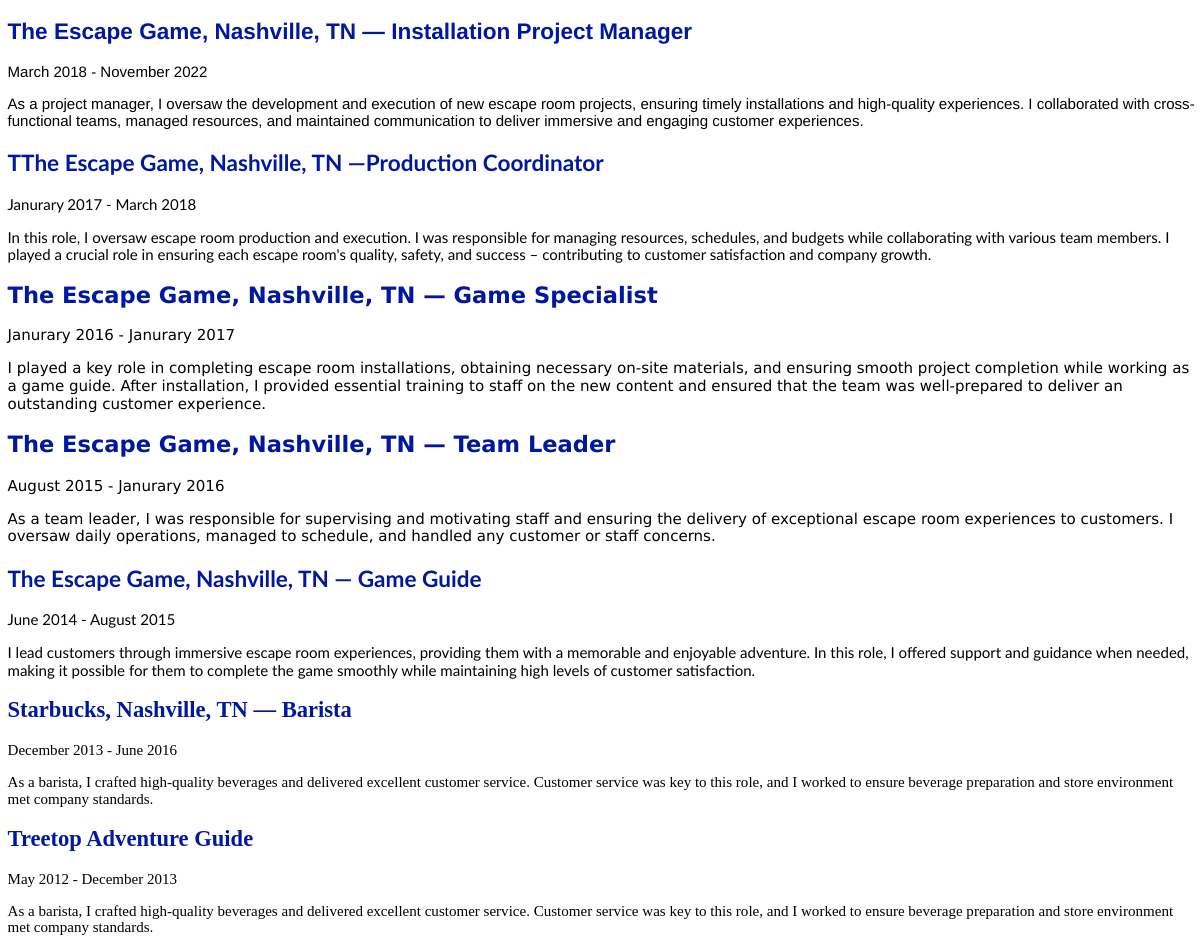
Repository: jgramirez0210/LAB-HTML-Resume
Page: index.html
The author's editor kept a copy of each file at every save. The page is drawn from the files as they stood at one save, then again after the next save.
The browser window is 1280 px wide. The pictures show the whole page, at 94% of full size.

Above is the page before, as saved 2023-10-10 15:14:45.

### index.html
<!DOCTYPE html>
<html lang="en">
<head>
  <meta charset="UTF-8">
  <meta name="viewport" content="width=device-width, initial-scale=1.0">
  <title>Jesse's Work Experience</title>
  <link rel="stylesheet" href="main.css">
</head>
<body>
  <article id="job7">
    <h2>The Escape Game, Nashville, TN — Installation Project Manager </h2>
    <time datetime="2018-03" >March 2018</time> - <time datetime="2022-10" >November 2022</time></time>
    <p>As a project manager, I oversaw the development and execution of new escape room projects, ensuring timely installations and high-quality experiences. I collaborated with cross-functional teams, managed resources, and maintained communication to deliver immersive and engaging customer experiences.</p>
  </article>
  <article id="job6">
    <h2>TThe Escape Game, Nashville, TN —Production Coordinator</h2>
    <time datetime="2017-01" >Janurary 2017</time> - <time datetime="2018-3" >March 2018</time></time>
    <p>In this role, I oversaw escape room production and execution. I was responsible for managing resources, schedules, and budgets while collaborating with various team members. I played a crucial role in ensuring each escape room's quality, safety, and success – contributing to customer satisfaction and company growth.
    </p>
  </article>
  <article id="job5">
    <h2>The Escape Game, Nashville, TN — Game Specialist</h2>
    <time datetime="2016-01" >Janurary 2016</time> - <time datetime="2017-01" >Janurary 2017</time></time>
    <p>I played a key role in completing escape room installations, obtaining necessary on-site materials, and ensuring smooth project completion while working as a game guide. After installation, I provided essential training to staff on the new content and ensured that the team was well-prepared to deliver an outstanding customer experience.
    </p>
  </article>
  <article id="job4">
    <h2>The Escape Game, Nashville, TN — Team Leader</h2>
    <time datetime="2015-0" >August 2015</time> - <time datetime="2016-01" >Janurary 2016</time></time>
    <p>As a team leader, I was responsible for supervising and motivating staff and ensuring the delivery of exceptional escape room experiences to customers. I oversaw daily operations, managed to schedule, and handled any customer or staff concerns.
    </p>
  </article>
  <article id="job3">
    <h2>The Escape Game, Nashville, TN — Game Guide</h2>
    <time datetime="2014-06" >June 2014</time> - <time datetime="2015-08" >August 2015</time></time>
    <p>I lead customers through immersive escape room experiences, providing them with a memorable and enjoyable adventure. In this role, I offered support and guidance when needed, making it possible for them to complete the game smoothly while maintaining high levels of customer satisfaction.
    </p>
  </article>
  <article id="job2">
    <h2>Starbucks, Nashville, TN — Barista</h2>
    <time datetime="2013-12" >December 2013</time> - <time datetime="2014-06" >June 2016</time></time>
    <p>As a barista, I crafted high-quality beverages and delivered excellent customer service. Customer service was key to this role, and I worked to ensure beverage preparation and store environment met company standards.
    </p>
  </article>
  <article id="job1">
    <h2>Treetop Adventure Guide</h2>
    <time datetime="2012-05" >May 2012</time> - <time datetime="2013-12" >December 2013</time></time>
    <p>As a barista, I crafted high-quality beverages and delivered excellent customer service. Customer service was key to this role, and I worked to ensure beverage preparation and store environment met company standards.
    </p>
  </article>
  <script src="main.js"></script>
</body>
</html>

### main.css
#job7 {
  font-family:'Franklin Gothic Medium', 'Arial Narrow', Arial, sans-serif;
}
#job6 {
  font-family:'Gill Sans', 'Gill Sans MT', Calibri, 'Trebuchet MS', sans-serif;
}
#job5 {
  font-family:'Lucida Sans', 'Lucida Sans Regular', 'Lucida Grande', 'Lucida Sans Unicode', Geneva, Verdana, sans-serif;
}
#job4 {
  font-family:Verdana, Geneva, Tahoma, sans-serif;
}
#job3 {
  font-family:'Trebuchet MS', 'Lucida Sans Unicode', 'Lucida Grande', 'Lucida Sans', Arial, sans-serif;
}
#job2 {
  font-family:'Times New Roman', Times, serif;
}
#job1 {
  font-family:
}
h2 {
  color: #0018a0;
}

Loaded but not shown: main.js (no stored copy; drawn as an empty file)

After the next save:
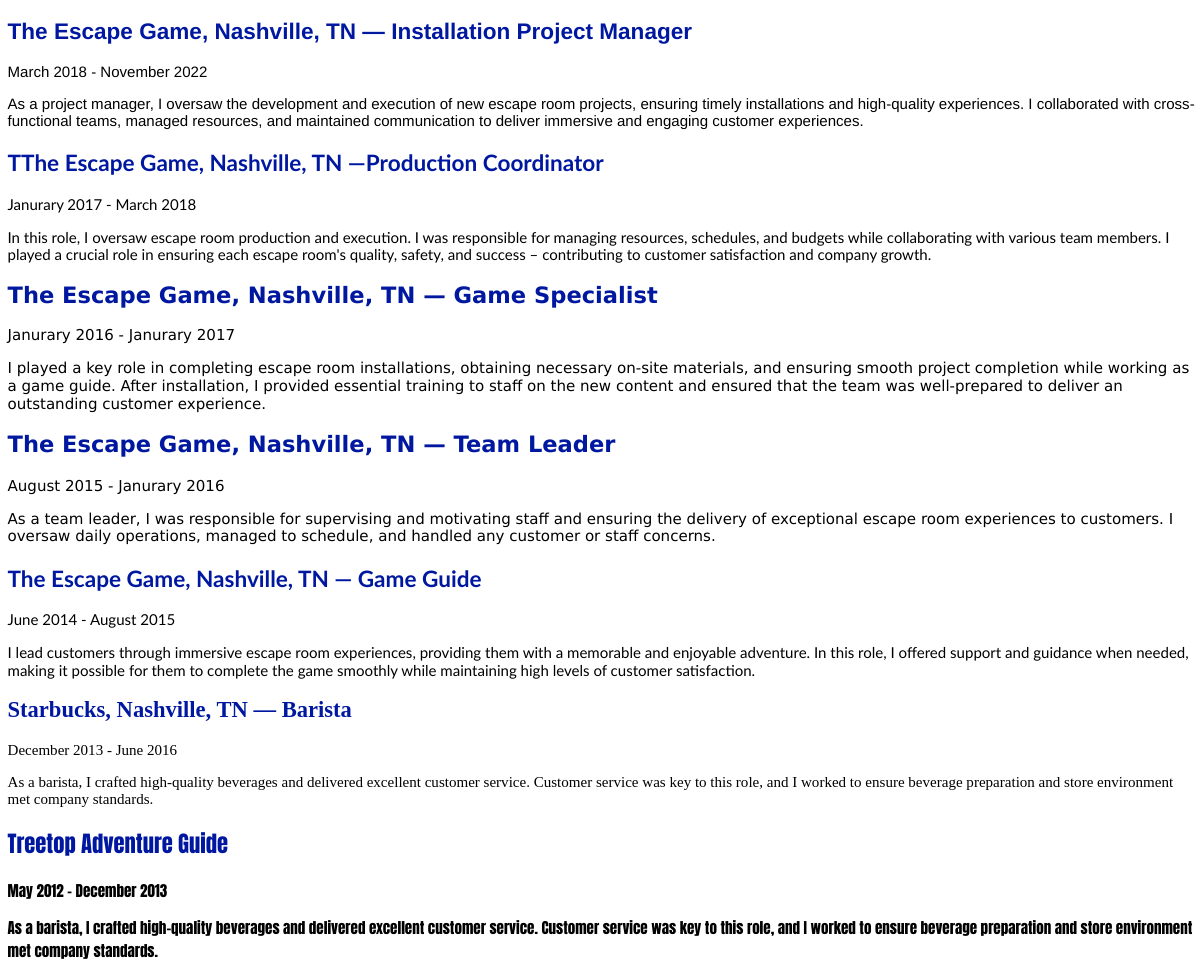
Saved 8 s later.
--- a/main.css
+++ b/main.css
@@ -17,7 +17,7 @@
   font-family:'Times New Roman', Times, serif;
 }
 #job1 {
-  font-family:
+  font-family:Impact, Haettenschweiler, 'Arial Narrow Bold', sans-serif
 }
 h2 {
   color: #0018a0;
